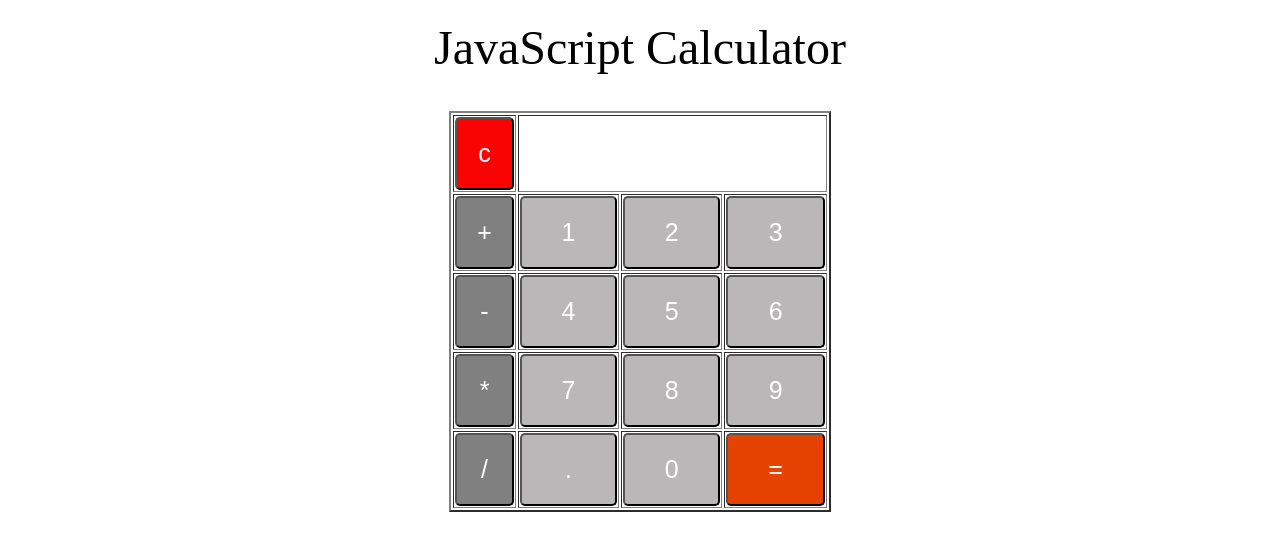
Repository: spidero7/Simple-Calculator
Page: index.html
These files come from the project's save history. The page is drawn as it stood at one moment and after a run of saves; the edit follows.
The browser window is 1280 px wide. The pictures show the whole page.

Above is the page before, as saved 2021-09-15 08:40:07.

After the next 2 saves:
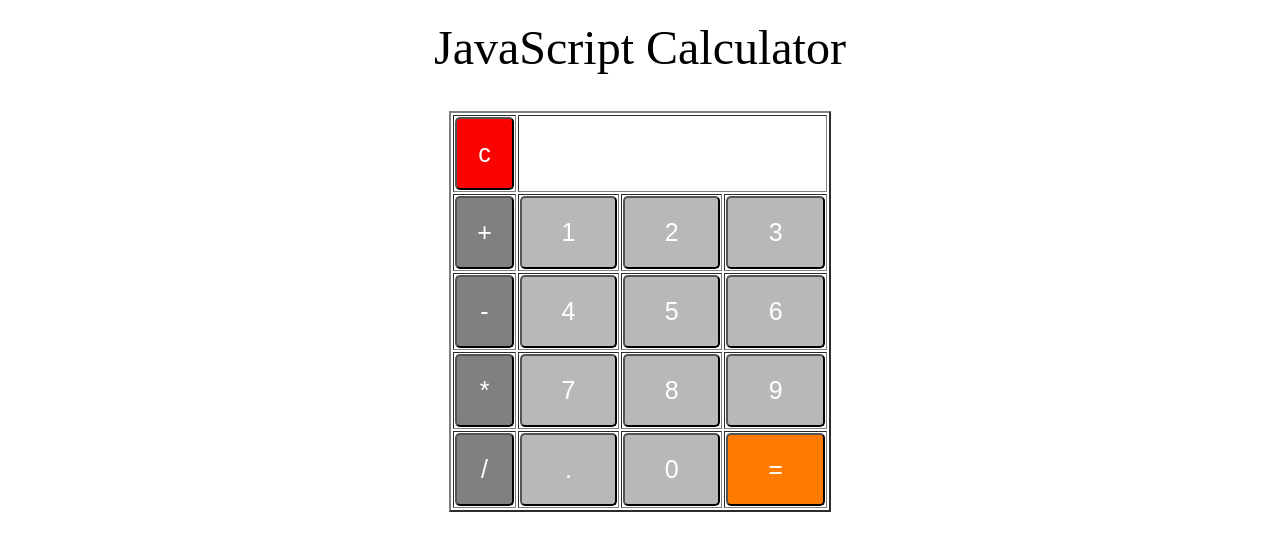
The 2 saves are shown as one change because they came seconds apart.
The last was saved 8 s later.
--- a/style.css
+++ b/style.css
@@ -57,5 +57,5 @@ input[value="c"] {
 }
 
 .equals {
-    background-color: rgb(230, 67, 3);
+    background-color: rgb(255, 123, 0);
 }
